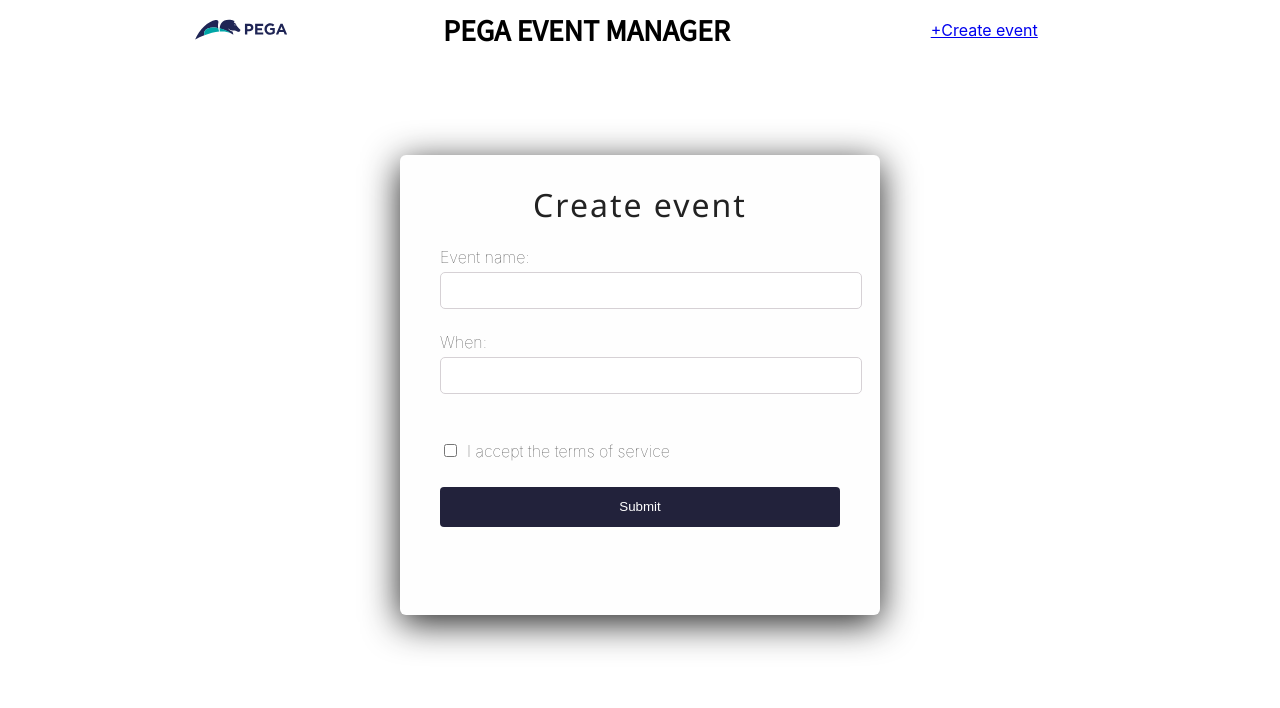
Repository: SasiVeeramachaneni/eventmanager
Page: /create
These files come from the project's save history. The page is drawn as it stood at one moment and after the next save; the edit follows.
The browser window is 1280 px wide. The pictures show the whole page.
The project was rebuilt for these pictures with package versions that can differ from the ones it lists, and the page was loaded fresh each time. Also part of the build but not shown: src/Events.js, src/App.js.

Above is the page before, as saved 2020-09-03 00:23:00.

### src/index.js
import React from 'react';
import ReactDOM from 'react-dom';
import {BrowserRouter, Route, Switch, Link} from 'react-router-dom';
import './index.css';
import logo from './logo.svg';
import App from './App';
import CreateEvent from './createEvent';
import './fonts/SourceSansPro-Regular.ttf';

const Header = () => (
  <div className="header">
    <div className="logo"><img src={logo} alt=""/></div>
    <div className="heading">PEGA EVENT MANAGER</div>
    <div className="logo"><Link to="/create">+Create event</Link></div>
  </div>
);


const AddEvent = () => (
  <CreateEvent />
);

const noRoute = () => (
  <div>
    404!-<Link to="/">Go home</Link>
  </div>
);

const routes = (
  <BrowserRouter>
  <div className="App">
    <Header />
    <Switch>
      <Route path="/" component={App} exact={true}/>
      <Route path="/create" component={AddEvent} />
      <Route component={noRoute} />
    </Switch>
    </div>
  </BrowserRouter>
);

ReactDOM.render(
  routes,
  document.getElementById('root')
);

### src/createEvent.js
import React, { useState, useEffect } from "react";
import './createEvent.css';

function CreateEvent() {
  const [email, setEmail] = useState("");
  const [password, setPassword] = useState("");
  const [acceptedTerms, setAcceptedTerms] = useState(false);

  const handleSubmit = (event) => {
    console.log(`
      Email: ${email}
      Password: ${password}
      Accepted Terms: ${acceptedTerms}
    `);

    event.preventDefault();
  }

  return (
      <div className="createEvent">
    <form onSubmit={handleSubmit}>
      <h1>Create event</h1>

      <label>
        Event name:
        <input
          name="email"
          type="email"
          value={email}
          onChange={e => setEmail(e.target.value)}
          required />
      </label>

      <label>
        When:
        <input
          name="password"
          type="password"
          value={password}
          onChange={e => setPassword(e.target.value)}
          required />
      </label>

      <label>
        <input
          name="acceptedTerms"
          type="checkbox"
          onChange={e => setAcceptedTerms(e.target.value)}
          required />
        I accept the terms of service
      </label>

      <button>Submit</button>
    </form>
    </div>
  );
}

export default CreateEvent;

### src/App.css
.App {
  height: 100vh;
  display: grid;
  grid-template-rows: 50px 1fr;
  width: 70%;
  margin-left: auto;
  margin-right: auto;
}

@font-face {
  font-family: 'SourceSansPro';
  src: local('SourceSansPro'), url(./fonts/SourceSansPro-Regular.ttf) format('truetype');
}



.container {
  padding: 2px 16px;
}

.cardList {
  display: flex;
  flex-direction: row;
  justify-content: center;
  max-width: 1000px;
  flex-wrap: wrap;
}

.header {
  display: flex;
  align-items: stretch;
  justify-content: space-evenly;
  padding-top: 10px;
}

.logo {
  flex-grow: 1;
  display: flex;
  align-items: center;
  justify-content: center;
}

.heading {
  flex-grow: 3;
  display: flex;
  align-items: center;
  justify-content: center;
  font-size: 30px;
  font-weight: bold;
  font-family: SourceSansPro;

}

.createbutton {
  width: 10rem;
  color: #FFF;
  background: #4BA7FE;
  border-radius: 8px;
  font-size: 15px;
  line-height: 24px;
  height: 2.5rem;
  position: relative;
  align-items: center;
  box-sizing: border-box;
  transition: all 0.4s ease-in-out;
  border: none;
  font-family: SourceSansPro;


}

.body {

}

#events {
  text-align: center;
  font-family: "Trebuchet MS", Arial, Helvetica, sans-serif;
  border-collapse: collapse;
  border: 3px solid #ddd;
  width: 100%;
}

#events td, #events th {
  border: 1px solid #ddd;
  padding: 8px;
  height: 40px;
}

#events tr:nth-child(even){background-color: #c4f2f8;}

#events tr:hover {background-color: #8AFFDD;}

#events th {
  padding-top: 12px;
  padding-bottom: 12px;
  text-align: center;
  background-color: #4CAF50;
  color: white;
}

### src/createEvent.css
.createEvent {
    box-sizing: border-box;
    margin-left: auto;
    margin-right: auto;
    margin-top: auto;
    margin-bottom: auto;
  }


  form {
    display: flex;
    flex-direction: column;
    width: 400px;
    min-width: 100px;
    min-height: 400px;
    padding: 20px 40px 40px 40px;
    border-radius: 6px;
    box-shadow: 0px 8px 36px #222;
    background-color: #fefefe;
  }

  form > h1 {
    display: flex;
    justify-content: center;
    font-family: "Segoe UI", "Ubuntu", "Roboto", "Open Sans", "Helvetica Neue", sans-serif;
    font-size: 2em;
    font-weight: lighter;
    margin-top: 0.25em;
    color: #222;
    letter-spacing: 2px;
  }

  .info {
    padding-bottom: 1em;
    padding-left: 0.5em;
    padding-right: 0.5em;
  }

  label {
    margin-bottom: 0.5em;
    color: #444;
    font-weight: lighter;
  }

  input {
    display: flex;
    flex-direction: column;
    margin-bottom: 15px;
    width: 100%;
  }
  input, select {
    padding: 10px 10px;
    border-radius: 5px;
    border: 1px solid #d6d1d5;
    margin-top: 5px;
  }
  select {
    display: block;
    width: 100%;
    height: 35px;
  }
  input[type="checkbox"] {
    display: inline-block;
    width: auto;
    margin-top: 2em;
    margin-right: 10px;
  }

  button {
    min-width: 100%;
    cursor: pointer;
    margin-right: 0.25em;
    margin-top: 0.5em;
    padding: 	0.938em;
    border: none;
    border-radius: 4px;
    background-color: #22223B;
    color: #fefefe;
  }
  button:hover {
    background-color: #4A4E69;
    color: #fefefe;
  }

  .error {
    color:#db2269;
    font-size: 0.5em;
    display: relative;
  }

  .submit {
    width: 100%;
    display: flex;
    flex-wrap: wrap;
  }

Loaded but not shown: public/index.html (common file); src/index.css (common file)

After the next save:
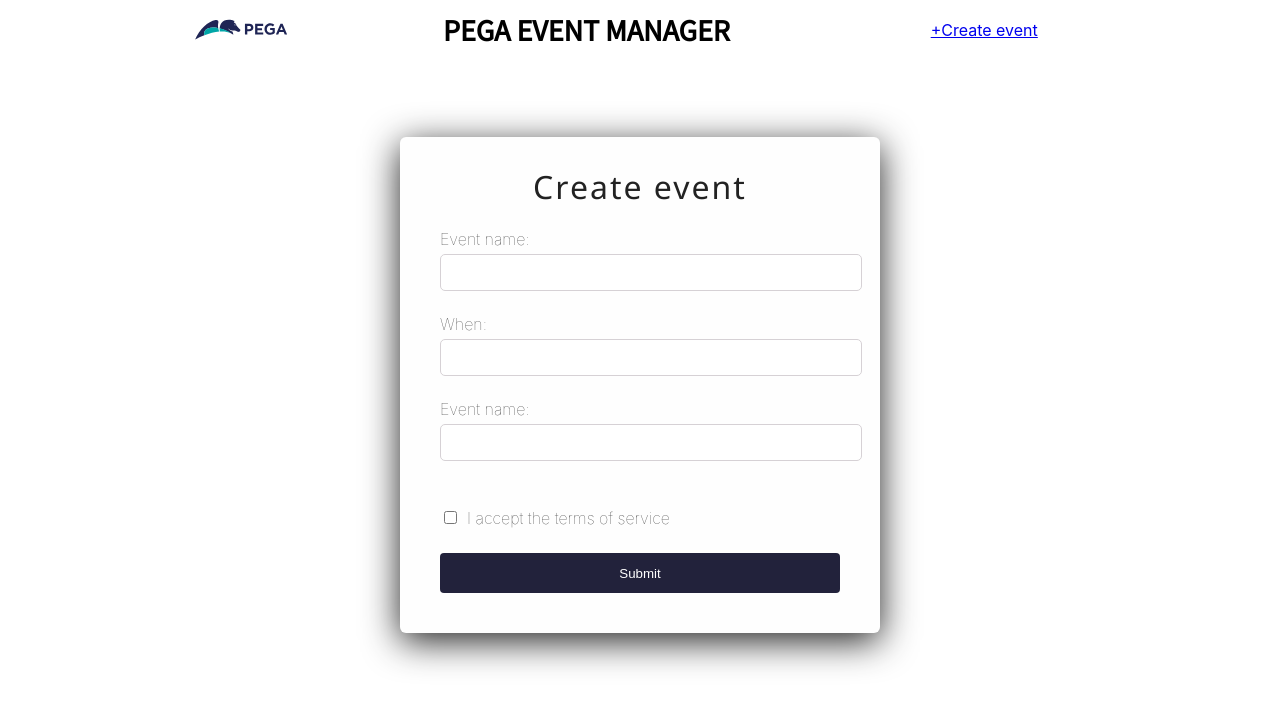
Saved 97 s later.
--- a/src/createEvent.js
+++ b/src/createEvent.js
@@ -4,6 +4,7 @@
 function CreateEvent() {
   const [email, setEmail] = useState("");
   const [password, setPassword] = useState("");
+  const [documents, setDocuments] = useState("");
   const [acceptedTerms, setAcceptedTerms] = useState(false);
 
   const handleSubmit = (event) => {
@@ -42,6 +43,16 @@
       </label>
 
       <label>
+        Event name:
+        <input
+          name="Documents"
+          type="text"
+          value={documents}
+          onChange={e => setDocuments(e.target.value)}
+          required />
+      </label>
+
+      <label>
         <input
           name="acceptedTerms"
           type="checkbox"
